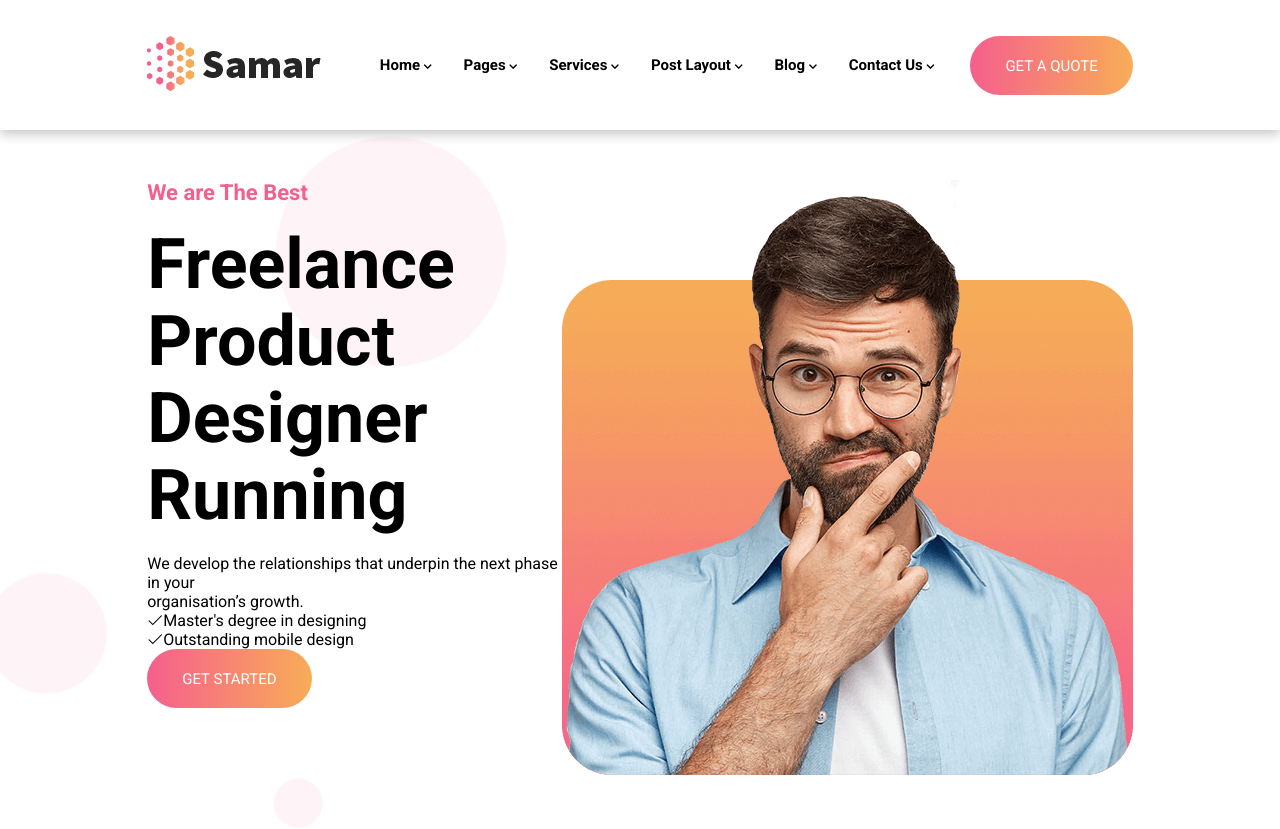
Repository: leequanganh/sammar
Page: html/index.html
An editor plug-in stored every save of this project. The page is shown before and after the next save, followed by the edit.
The browser window is 1280 px wide. The pictures show the whole page.
The pointer rests on the first visible `.btn`.

Above is the page before, as saved 2021-12-09 14:44:51.

### html/index.html
<!DOCTYPE html>
<html lang="en">
<head>
    <meta charset="UTF-8">
    <meta http-equiv="X-UA-Compatible" content="IE=edge">
    <meta name="viewport" content="width=device-width, initial-scale=1.0">
    <link rel="preconnect" href="https://fonts.googleapis.com">
<link rel="preconnect" href="https://fonts.gstatic.com" crossorigin>
<link href="https://fonts.googleapis.com/css2?family=Roboto:ital,wght@0,100;0,300;0,400;0,700;1,500;1,700;1,900&display=swap" rel="stylesheet">
            <!-- /////////////////// -->
    <link rel="stylesheet" href="../css/flaticon.css">
    <link rel="stylesheet" href="https://cdnjs.cloudflare.com/ajax/libs/line-awesome/1.3.0/line-awesome/css/line-awesome.min.css" integrity="sha512-vebUliqxrVkBy3gucMhClmyQP9On/HAWQdKDXRaAlb/FKuTbxkjPKUyqVOxAcGwFDka79eTF+YXwfke1h3/wfg==" crossorigin="anonymous" referrerpolicy="no-referrer" />
    <link rel="stylesheet" href="https://cdnjs.cloudflare.com/ajax/libs/font-awesome/5.15.4/css/all.min.css" integrity="sha512-1ycn6IcaQQ40/MKBW2W4Rhis/DbILU74C1vSrLJxCq57o941Ym01SwNsOMqvEBFlcgUa6xLiPY/NS5R+E6ztJQ==" crossorigin="anonymous" referrerpolicy="no-referrer" />
                 <!-- ////////////////////// -->
    <link rel="stylesheet" href="../css/index.css">
    <title>Document</title>
</head>
<body>
<!-- header start  -->
    <div class="header" id="navbar">

        <div class="header__contain">
            <div class="header_logo" id="logo">
                <img src="../img/logo-2.png" alt="">
            </div>
            <div class="header_nav">
                <ul>
                    <li> <a href=""> <span>Home</span>
                        <i class="fas fa-chevron-down"></i></a> </li>
                    <li> <a href=""><span>Pages</span>
                        <i class="fas fa-chevron-down"></i></a></li>
                    <li><a href=""> <span>Services</span>
                        <i class="fas fa-chevron-down"></i></a></li>
                    <li><a href=""> <span>Post Layout</span>
                        <i class="fas fa-chevron-down"></i></a></li>
                    <li><a href=""><span>Blog</span>
                        <i class="fas fa-chevron-down"></i></a></li>
                    <li><a href=""><span>Contact Us</span>
                        <i class="fas fa-chevron-down"></i></a></li>
                </ul>
                <div class="btn">
                    <a href="">GET A QUOTE</a>
                </div>
            </div>
        </div>
    </div>
<!-- header end  -->
<!-- banner start  -->
    <div class="banner">
        <div class="banner__contain">
            <div class="banner_text">
                <p>We are The Best</p>
                <h1>Freelance Product <br> Designer Running</h1>
                <p>We develop the relationships that underpin the next phase in your <br>
                    organisation’s growth.</p>
                <span><i class="las la-check"></i>Master's degree in designing</span>
                <span><i class="las la-check"></i>Outstanding mobile design</span>

                <!-- <ul>
                    <li>Master's degree in designing</li>
                    <li>Outstanding mobile design</li>

                </ul> -->
                <div class="btn"><a href="">GET STARTED</a></div>

            </div>
            <div class="banner_img">
                <img src="../img/pic3_1.png" alt="">
            </div>
        </div>
    </div>
<!-- banner end  -->
    <script src="https://code.jquery.com/jquery-3.6.0.min.js" integrity="sha256-/xUj+3OJU5yExlq6GSYGSHk7tPXikynS7ogEvDej/m4=" crossorigin="anonymous"></script>
    <script>
        $(document).ready(function(){
            $(window).scroll(function(){
                if($(this).scrollTop()){
                    $('header').addClass('sticky');
                }else{
                    $('header').removeClass('sticky');
                }
            })
        });
    </script>
</body>
</html>

### css/index.css
*{
padding: 0;
margin: 0;
border: 0;
box-sizing: border-box;
font-family: 'Roboto', sans-serif;
}
body{
    /* height: 9000px;
    background-color: antiquewhite; */
}
/* header-start  */
.header{
    display: flex;
    justify-content: center;
    position: fixed;
        width: 100%;
        top: 0;
    z-index: 1;
    box-shadow: 0px 5px 10px rgba(0, 0, 0,0.2);
    overflow: hidden;
    transition: 0.5s;
    background: rgba(0,0,0,0);
}
.header__contain{
    width: 77%;
    display: flex;
    justify-content: space-between;
    align-items: center;
}
.header_nav {
    width: 80%;
    display: flex;
    justify-content: flex-end;
    align-items: center;
}
ul{
    display: flex;
}
.header_nav ul li{
    transition: 0.3s;
    padding: 55px 16px ;
    list-style: none;
}
.header_nav li a {
    font-size: 15px;
    list-style: none;
    text-decoration: none;
    color: black;
    font-weight: 600;
}
.header_nav li a span{
    line-height: 20px;
}
.header_nav li:hover{
    cursor: pointer;
}
.header_nav li a {
    display: inline-block;
}
span{
    display: inline-block;
}
.header_nav li:hover a span  {
   animation-name: upToDown;
   animation-duration: 0.5s;
   color: #f55f8d;
   cursor: pointer;
}
.header_nav li:hover a i{
   color: #f55f8d;
}
.header_nav li a i{
    font-size: 9px;
}
.header .btn{
    margin-left: 20px;
}
.btn {
    padding: 20px 35px;
    border-radius: 30px;
    border-width: 1px;
    background-image: linear-gradient(to right,#f55f8d 0,#f8ae56 51%,#f55f8d 100%);
    background-position: left bottom;
    background-size: 200%;
    transition: 0.5s;
}
.btn a{
    color: white;
    line-height: 18px;
    font-size: 15px;
    font-weight: 500;
    text-decoration: none;

}
.btn:hover a{
    background-position: right center;
}
/* header-end  */
/* banner start  */
.banner {
    background-image: url(../img/pic2.png);
    background-size: cover;
    background-repeat: no-repeat;
    /* background-position: center; */
    padding-top: 130px;
    display: flex;
    flex-direction: row;
    justify-content: center;
}
.banner__contain{
    display: flex;
    /* overflow: visible; */
    padding: 50px 0;
    justify-content: space-between;
    width: 77%;
}
.banner_text{
    display: flex;
    flex-direction: column;
    align-items:flex-start;
}
.banner_text p:first-child{
    /* width: 60%; */
    color: #f55f8d;
    font-size: 22px;
    font-weight: 600;
    line-height: 26px;
    margin-bottom: 20px;
}
.banner_text h1{
    font-size: 70px;
    font-weight: 800;
    line-height: 77px;
    margin-bottom: 20px;

}
.banner_text p:last-child{
    color: #636363;
    font-size: 18px;
    line-height: 28px;
    margin-bottom: 20px;
}
.banner_text ul li{
    display: inline-block;

}

.banner_img{
    /* width: 40%; */
}

.banner_img{
    /* position: relative; */
}

/* banner end  */
/* animate  */
@keyframes upToDown {
    49% {
      transform: translateY(100%);
    }
    50% {
      opacity: 0;
      transform: translateY(-100%);
    }
    51% {
      opacity: 1;
    }
  }
/* animate  */

Loaded but not shown: css/flaticon.css (common file)

After the next save:
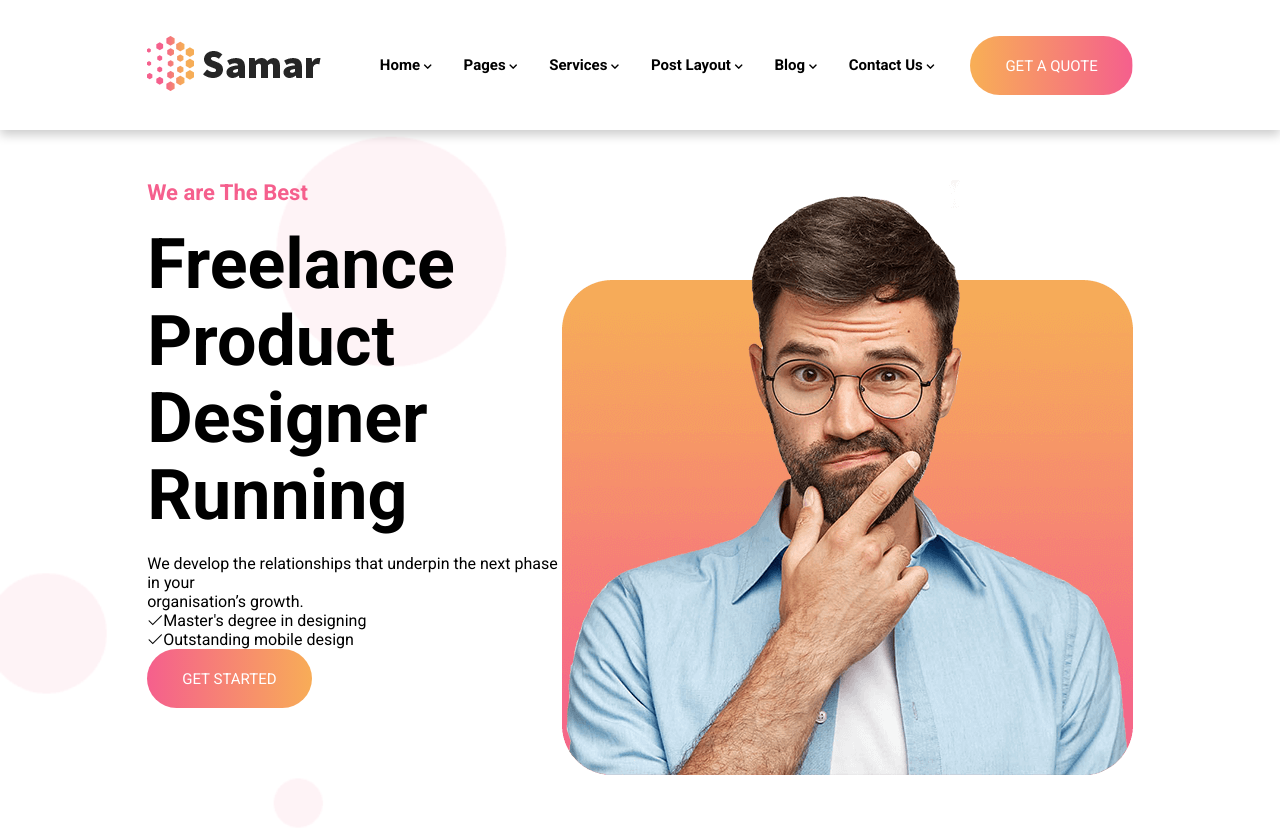
Saved 27 s later.
--- a/css/index.css
+++ b/css/index.css
@@ -93,7 +93,7 @@ span{
     text-decoration: none;
 
 }
-.btn:hover a{
+.btn:hover {
     background-position: right center;
 }
 /* header-end  */
